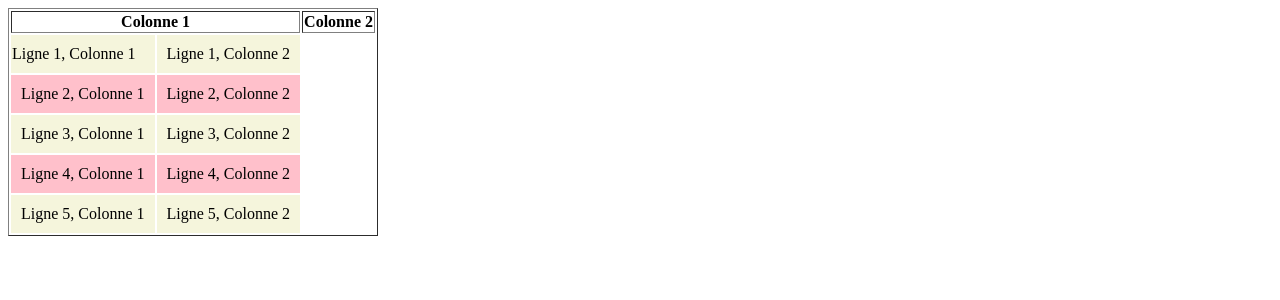
Repository: Chaimaa482/web-tp4
Page: ex1.html
These files come from the project's save history. The page is drawn as it stood at one moment and after the next save; the edit follows.
The browser window is 1280 px wide. The pictures show the whole page.

Above is the page before, as saved 2023-10-22 15:33:16.

### ex1.html
<!DOCTYPE html>
<html>
<head>
</head>
<body>
    <table id="myTable" border="1">
        <tr>
            <th>Colonne 1</th>
            <th>Colonne 2</th>
        </tr>
        <tr>
            <td>Ligne 1, Colonne 1</td>
            <td>Ligne 1, Colonne 2</td>
        </tr>
        <tr>
            <td>Ligne 2, Colonne 1</td>
            <td>Ligne 2, Colonne 2</td>
        </tr>
        <tr>
            <td>Ligne 3, Colonne 1</td>
            <td>Ligne 3, Colonne 2</td>
        </tr>
        <tr>
            <td>Ligne 4, Colonne 1</td>
            <td>Ligne 4, Colonne 2</td>
        </tr>
        <tr>
            <td>Ligne 5, Colonne 1</td>
            <td>Ligne 5, Colonne 2</td>
        </tr>
    </table>

    <script>
        // Enlever la bordure intérieure du tableau
        var table = document.getElementById("myTable");
        var cells = table.getElementsByTagName("td");
        for (var i = 0; i < cells.length; i++) {
            cells[i].style.border = "none";
        }

        // Fusionner les cellules de la première ligne
        var th = table.querySelector("tr:first-child th");
        th.colSpan = 2;

        // Donner une couleur de fond rose aux lignes paires et beige aux lignes impaires
        var rows = table.querySelectorAll("tr");
        for (var i = 1; i < rows.length; i++) {
            if (i % 2 === 0) {
                rows[i].style.backgroundColor = "pink";
            } else {
                rows[i].style.backgroundColor = "beige";
            }
        }

        // Donner une classe col1 aux colonnes paires et col2 aux colonnes impaires
        var cellsCol1 = table.getElementsByClassName("col1");
        var cellsCol2 = table.getElementsByClassName("col2");
        for (var i = 0; i < cells.length; i++) {
            if (i % 2 === 0) {
                cells[i].className = "col1";
            } else {
                cells[i].className = "col2";
            }
        }

        // Augmenter le padding de toutes les cellules sauf celles de la première ligne
        for (var i = 1; i < cells.length; i++) {
            cells[i].style.padding = "10px";
        }
    </script>
</body>
</html>

After the next save:
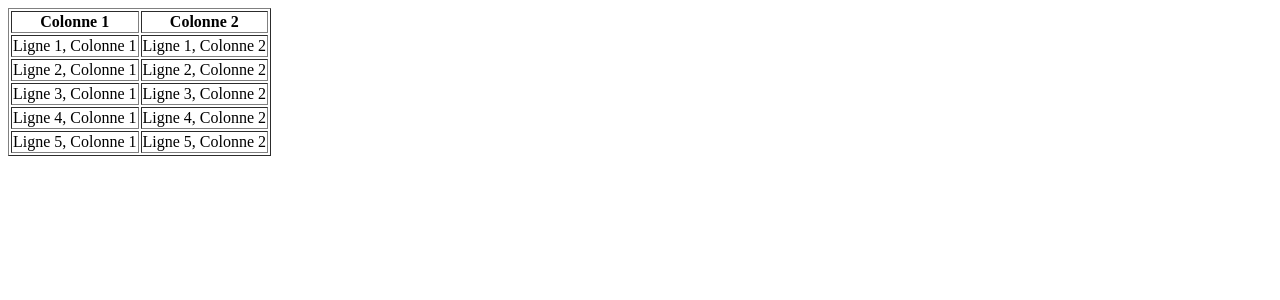
Console error: TypeError: Cannot read properties of null (reading 'getElementsByTagName')
Saved 10 s later.
--- a/ex1.html
+++ b/ex1.html
@@ -3,7 +3,7 @@
 <head>
 </head>
 <body>
-    <table id="myTable" border="1">
+    <table border="1">
         <tr>
             <th>Colonne 1</th>
             <th>Colonne 2</th>

After the save that followed:
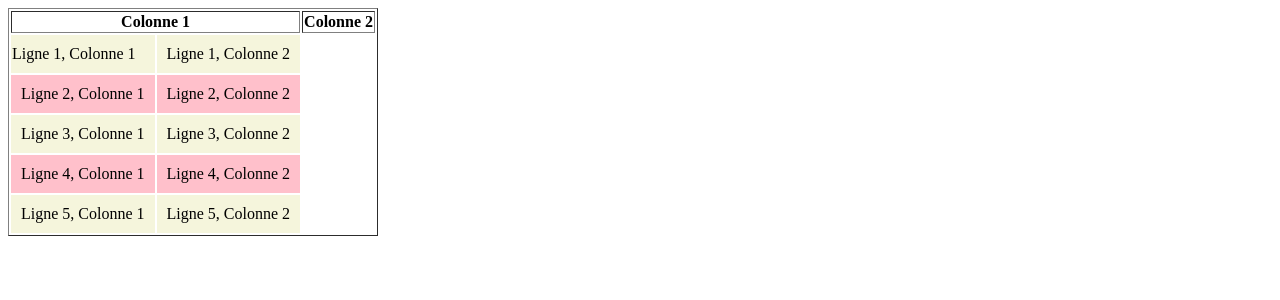
The error is gone.
Saved 12 s later.
--- a/ex1.html
+++ b/ex1.html
@@ -3,7 +3,7 @@
 <head>
 </head>
 <body>
-    <table border="1">
+    <table id="myTable" border="1">
         <tr>
             <th>Colonne 1</th>
             <th>Colonne 2</th>
